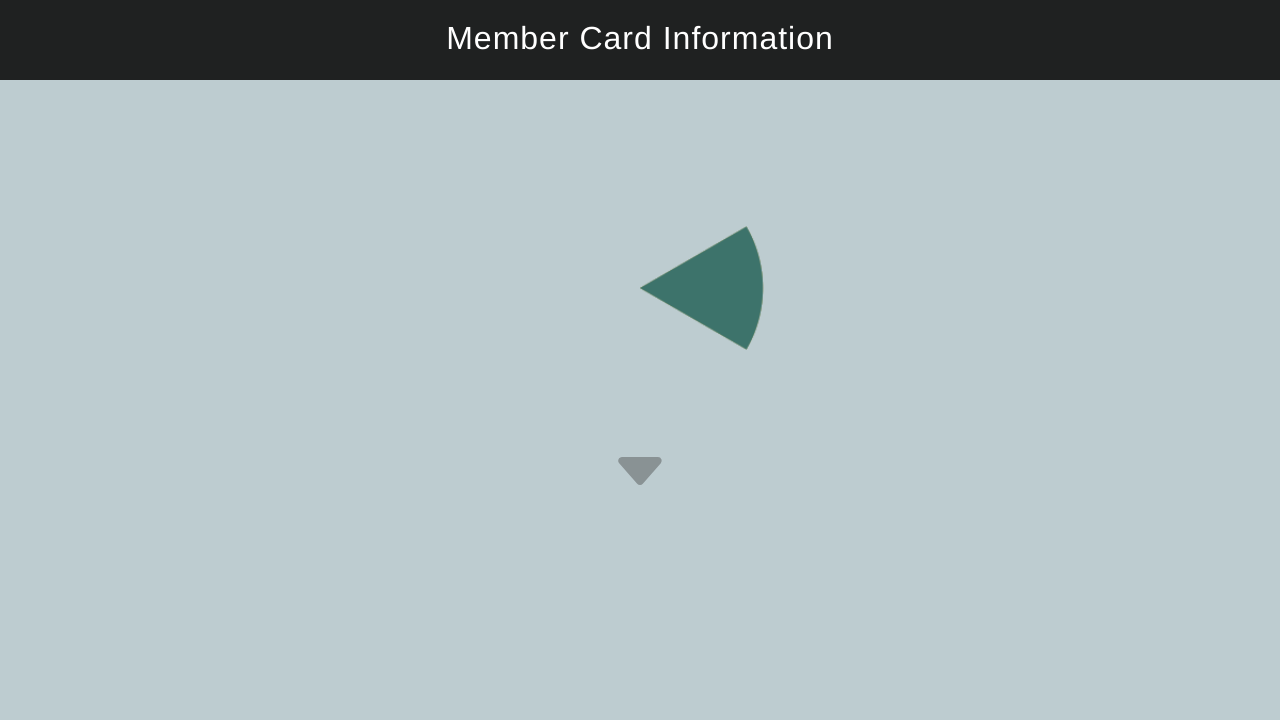
Repository: Leooook/lzhao-fed-test
Page: /
The author's editor kept a copy of each file at every save. The page is drawn from the files as they stood at one save, then again after the next save.
The browser window is 1280 px wide. The pictures show the whole page.
The page's requests for data from a server got no answer. The project was rebuilt for these pictures with package versions that can differ from the ones it lists, and the page was loaded fresh each time. No one was signed in, and anything a server would have sent is missing. Also part of the build but not shown: src/components/detail.jsx.

Above is the page before, as saved 2021-03-15 21:50:37.

### src/index.html
<!DOCTYPE html>
<html lang="en">
	<head>
		<meta charset="utf-8" />
		<meta http-equiv="X-UA-Compatible" content="IE=edge,chrome=1" />
		<title>Member Card Info</title>
		<meta name="description" content="" />
		<meta name="viewport" content="width=device-width, initial-scale=1.0, maximum-scale=1.0, user-scalable=no" />
	</head>
	<body>
		<div id="root" class="react-root"></div>
	</body>
</html>

### src/App.js
import React, {useState} from 'react';
import {BsCaretDownFill} from 'react-icons/bs'

import './App.css'
import Header from './components/header.jsx'
import Feature from './components/feature.jsx'

export default function App() {
  const [featureAmount, setFeatureAmount] = useState([1])

  const setFeature = () => {
    setFeatureAmount(featureAmount => {return [...featureAmount, 1]})
  }

	return (
    <div className='app'>
      <Header />
      {
        featureAmount.map((key) => <Feature key = {key}/>)
      }
      <BsCaretDownFill className='add-feature' onClick={() => setFeature()}/>
    </div>
  )
}

### src/App.css
* {
	margin: 0;
	padding: 0;
	box-sizing: border-box;
}
:root {
	--nav-black: rgba(14, 14, 14, 0.897);
	--white: #ffffff;
	--light-blue: rgb(189, 204, 208);
	--grey: rgb(145, 145, 145);
	--light-grey: rgb(209, 209, 209);
}
/* app */
.app {
	max-width: 100vw;
	min-height: 100vh;
	background-color: var(--light-blue);
}
.add-feature {
	position: relative;
	color: rgba(65, 65, 65, 0.418);
	width: 60px;
	height: 60px;
	margin: 30px auto 0 auto;
	display: block;
	cursor: pointer;
	animation: upAndDown 3s ease-in-out infinite;
}
.add-feature:active {
	transform: scale(1.1);
	transition: all 1s ease;
}
@keyframes upAndDown {
	0% {
		bottom: 0;
	}
	50% {
		bottom: 10px;
	}
	100% {
		bottom: 0;
	}
}
/* end of app */
/* header */
.header {
	background-color: var(--nav-black);
	height: 80px;
	padding: 20px;
	margin-bottom: 80px;
	font-size: 2rem;
	font-family: 'Franklin Gothic Medium', 'Arial Narrow', Arial, sans-serif;
	text-align: center;
	color: var(--white);
	letter-spacing: 1px;
}
@media screen and (max-width: 500px) {
	.header {
		margin-bottom: 30px;
		padding: 30px;
		font-size: 1.4rem;
	}
}
/* end of header */
/* loader */
.load {
	width: 100%;
}
.loadPic {
	width: 20%;
	margin: 0vh 40%;
}
/* end of loader */
/* feature */
.feature {
	margin-top: -65px;
	padding: 60px 8%;
	display: grid;
	grid-template-columns: repeat(auto-fill, minmax(450px, 1fr));
	grid-row-gap: 50px;
	grid-column-gap: 80px;
}
@media screen and (max-width: 500px) {
	.feature {
		padding: 30px 20px;
		display: initial;
	}
}
/* end of feature */
/* detail */
.detail {
	margin: auto;
	padding: 10px 20px;
	width: 450px;
	height: 240px;
	background: hsla(0, 0%, 100%, .3);
	border-radius: 6px;
	box-shadow: 0 6px 20px 6px rgba(0, 0, 0, 0.207);
	display: flex;
	align-items: center;
	cursor: pointer;
	transition: all linear 0.2s;
}
.detail:hover {
	transform: scale(1.05);
	box-shadow: 0 10px 30px 10px rgba(0, 0, 0, 0.207);
}
.left-section {
	width: calc(40% - 20px);
	margin-right: 10%;
}
.right-section {
	width: clac(50% - 20px);
}
.detail-pic {
	margin: 0 auto;
	height: 140px;
	width: 140px;
	border-radius: 50%;
	box-shadow: 0 0 10px 8px var(--light-grey);
}
.detail-info {
	margin-bottom: 10px;
}
.detail-name {
	font-family: 'Playfair Display', serif;
	font-weight: bold;
	font-size: 1.3rem;
}
.detail-name2 {
	font-weight: 100;
	font-size: 0.9rem;
	color: rgb(82, 82, 82);
	font-style: oblique;
}
.detail-sex-date {
	display: flex;
}
.detail-date {
	margin-right: 13px;
}
.detail-font {
	font-family: 'Source Sans Pro', sans-serif;
	font-size: 0.8rem;
}
@media screen and (max-width: 500px) {
	.detail {
		margin-bottom: 30px;
		width: 90vw;
		height: 50vw;
	}
	.detail-pic {
		height: 100px;
		width: 100px;
	}
	.detail-info {
		margin-bottom: 6px;
	}
	.detail-name {
		font-size: 1rem;
	}
	.detail-name2 {
		font-size: 0.8rem;
	}
	.detail-date {
		margin-right: 8px;
	}
	.detail-font {
		font-size: 0.75rem;
	}
}
/* end of detail */

### src/components/header.jsx
import React, { Component } from 'react'

class Header extends Component {
	render() {
		return <section className="header">Member Card Information</section>
	}
}

export default Header

### src/components/feature.jsx
import React, { Component } from 'react'

import Loader from './loader.jsx'
import Detail from './detail.jsx'

class Feature extends Component {
	state = {
		dataSet: [],
		dataAmount: 6
	}

	fetchData = () => {
		fetch('https://randomuser.me/api/', {
			method: 'GET'
		})
			.then((response) => response.json())
			.then((data) => {
				let dataSet = this.state.dataSet
				dataSet.push(data.results[0])
				this.setState({ dataSet })
			})
			.catch((error) => {
				console.error('Error:', error)
			})
	}

	componentDidMount() {
		for (let i = 0; i < this.state.dataAmount; i++) {
			this.fetchData()
		}
	}

	render() {
		if (this.state.dataSet.length === 0 || this.state.dataSet.length % 6 !== 0) {
			return <Loader />
		} else {
			return (
				<section className="feature">
					{this.state.dataSet.map((each, key) => <Detail key={key} data={each} />)}
				</section>
			)
		}
	}
}

export default Feature

### src/components/loader.jsx
import React from 'react'

import loadPic from '../images/load.gif'

function Loader() {
	return (
		<section className="load">
			<img src={loadPic} className="loadPic" alt="load" />
		</section>
	)
}

export default Loader

Loaded but not shown: src/index.js (common file)

After the next save:
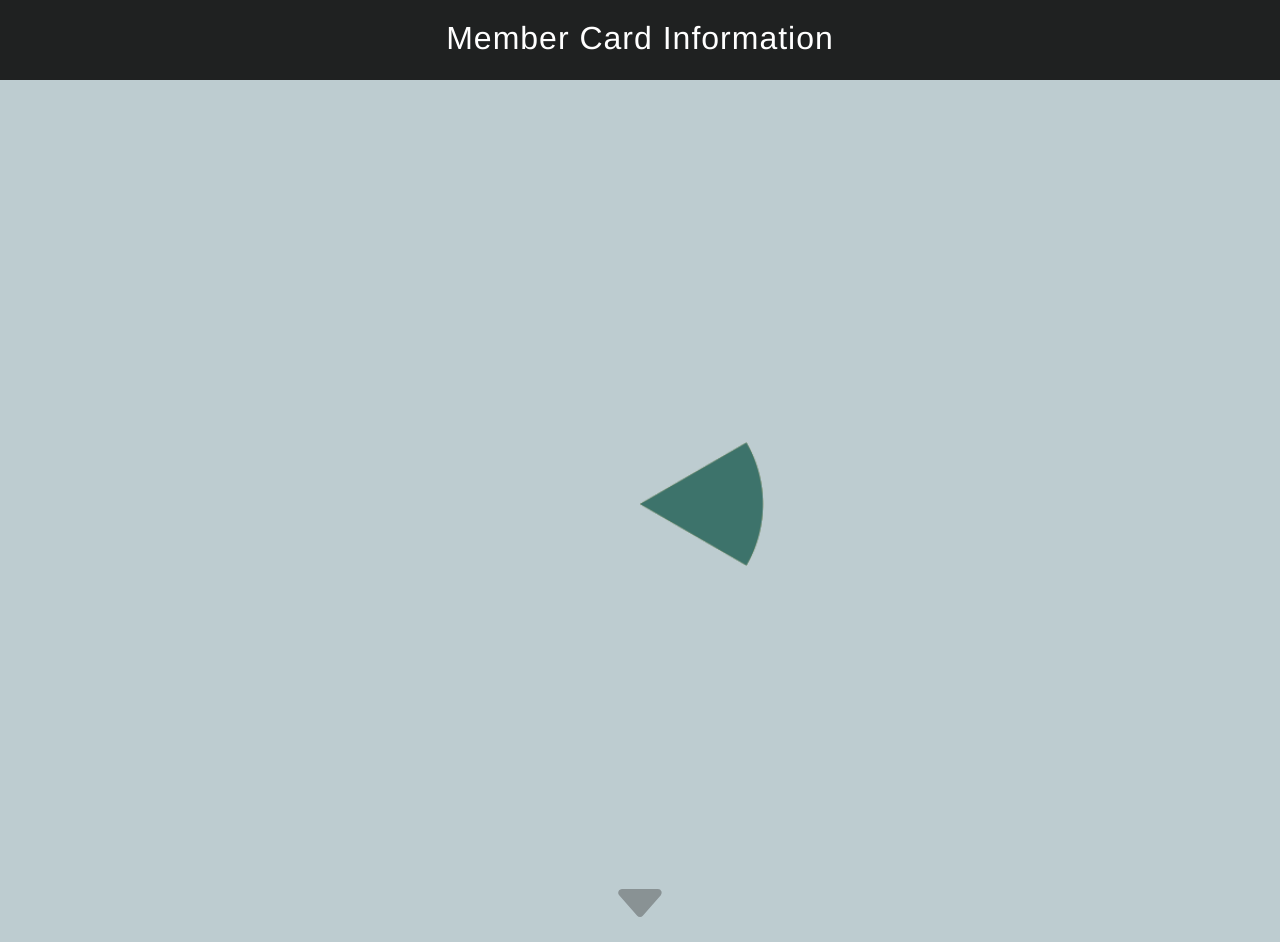
Saved 11 s later.
--- a/src/App.css
+++ b/src/App.css
@@ -68,7 +68,7 @@
 }
 .loadPic {
 	width: 20%;
-	margin: 0vh 40%;
+	margin: 30vh 40%;
 }
 /* end of loader */
 /* feature */
